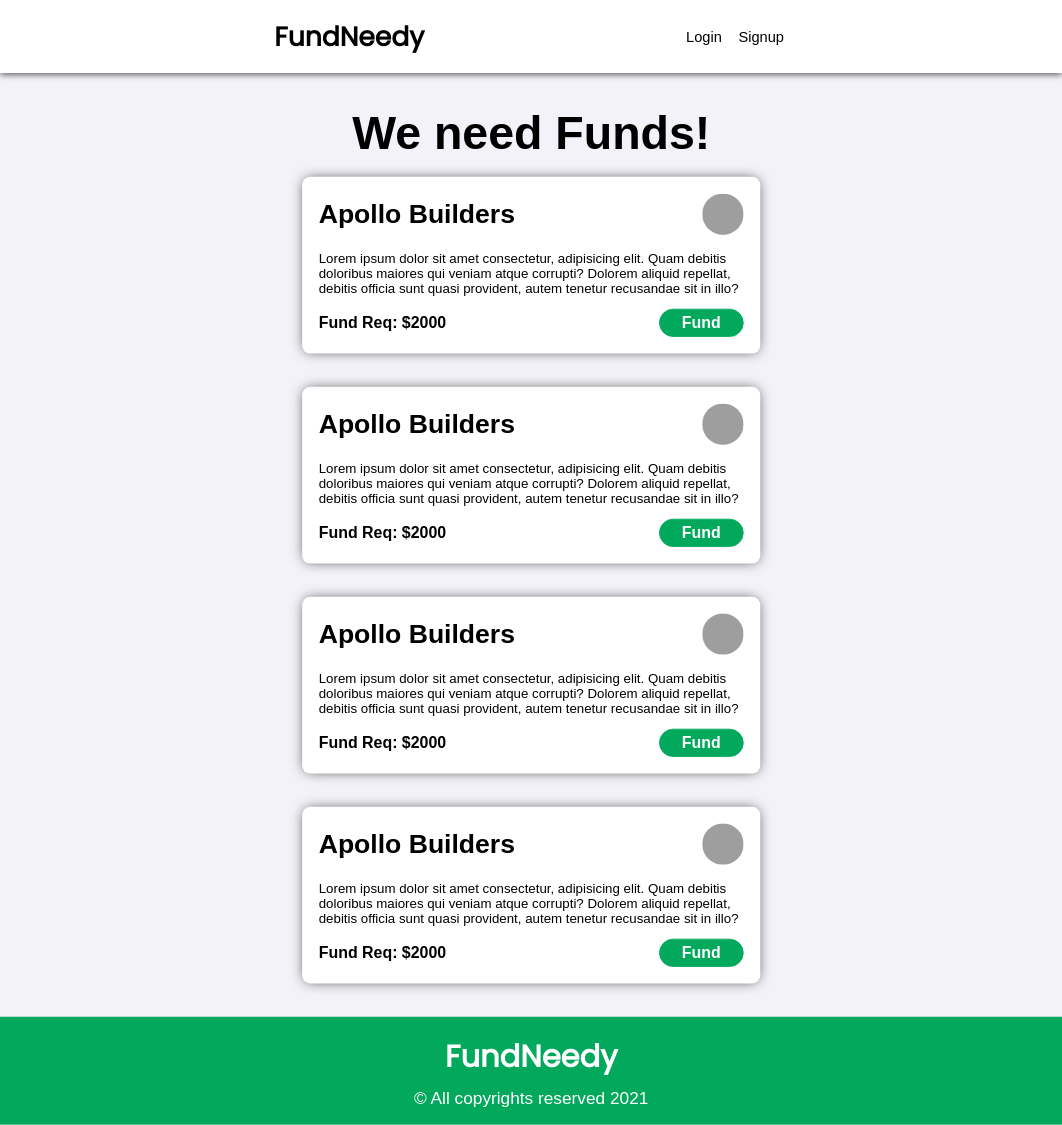
Repository: osdc/codejam
Page: /needies (app in sassy-sandwiches/fund-needy/)
The author's editor kept a copy of each file at every save. The page is drawn from the files as they stood at one save, then again after the next save.
The browser window is 1280 px wide. The pictures show the whole page, at 83% of full size.
Pictures or frames that could not be fetched are drawn as grey boxes. The project was rebuilt for these pictures with package versions that can differ from the ones it lists, and the page was loaded fresh each time. Also part of the build but not shown: sassy-sandwiches/fund-needy/src/Showcase.css, sassy-sandwiches/fund-needy/src/Showcase.js, sassy-sandwiches/fund-needy/src/FirmFund.css, sassy-sandwiches/fund-needy/src/FirmFund.js.

Above is the page before, as saved 2021-01-09 21:20:12.

After the next save:
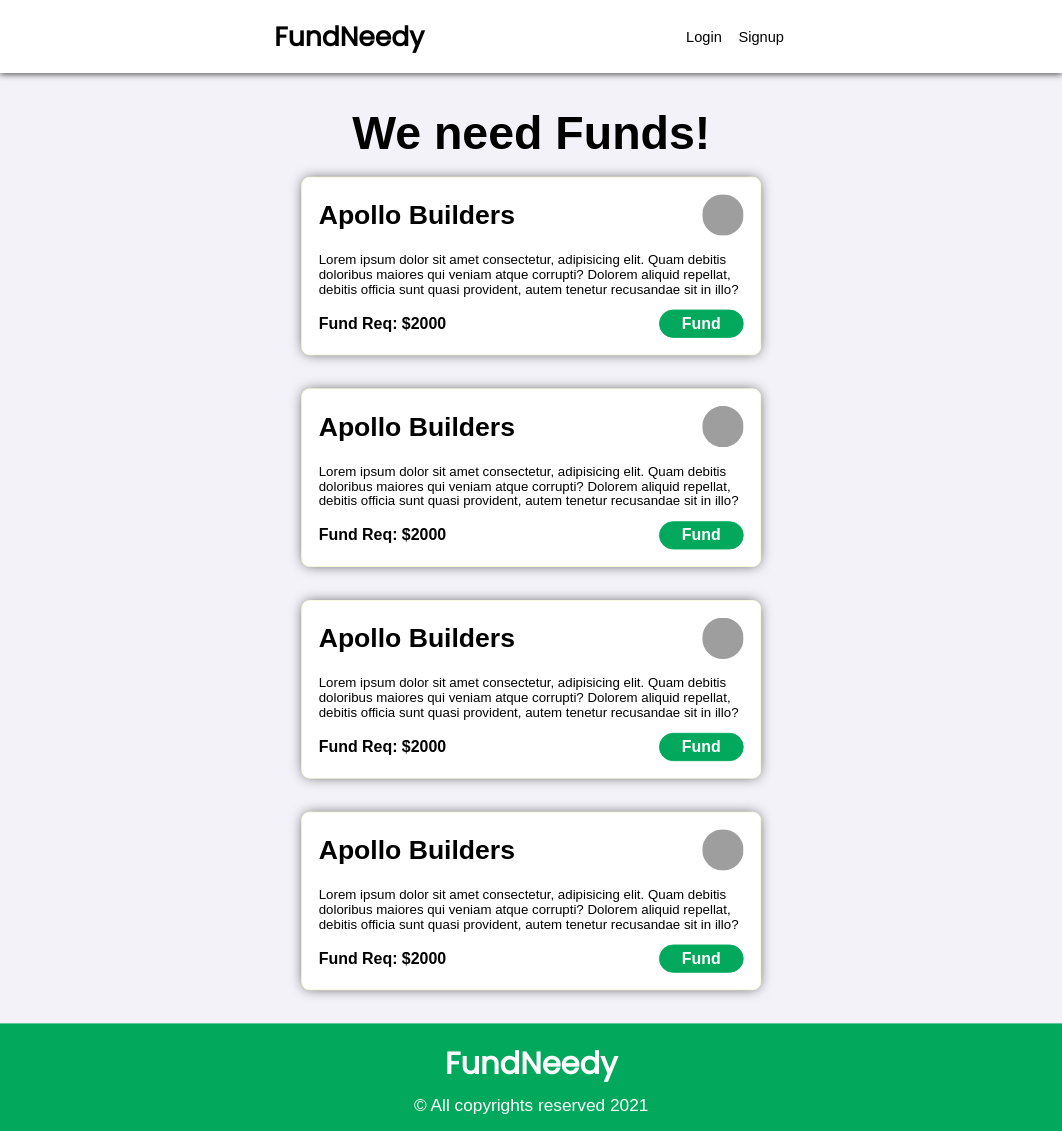
Saved 12 s later.
--- a/sassy-sandwiches/fund-needy/src/Needy.css
+++ b/sassy-sandwiches/fund-needy/src/Needy.css
@@ -8,7 +8,7 @@
   box-shadow: 0px 0px 15px -3px rgba(0, 0, 0, 0.75);
   margin: auto;
   margin-bottom: 40px;
-  border-color: lightyellow;
+  border: 1px solid lightyellow;
 }
 
 .needy_header {
